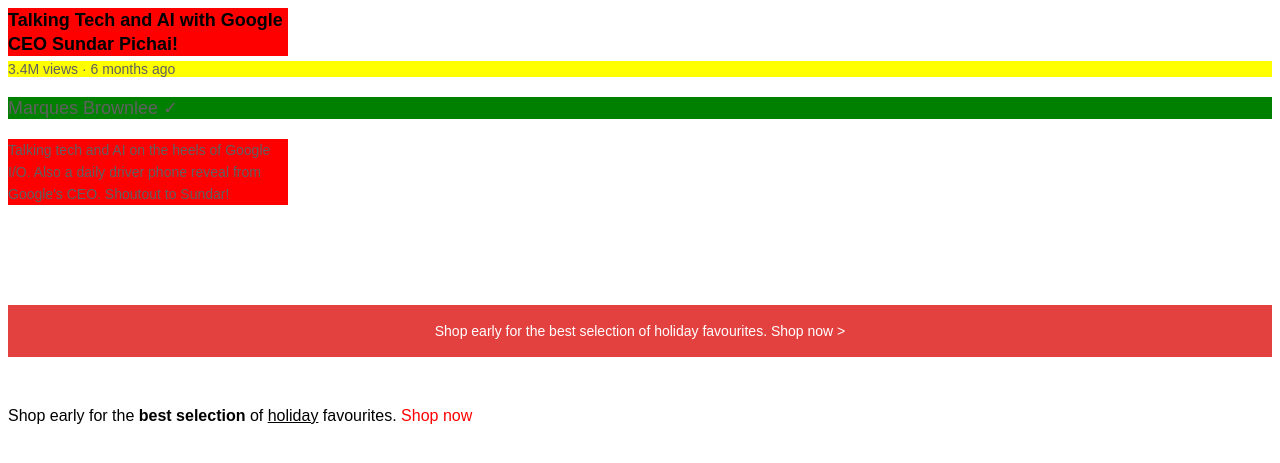
Repository: knowledgeAlan/html-css-five
Page: text.html
These files come from the project's save history. The page is drawn as it stood at one moment and after the next save; the edit follows.
The browser window is 1280 px wide. The pictures show the whole page.

Above is the page before, as saved 2024-02-28 19:12:46.

### text.html
<style>
    p{
        font-family: Arial;
        margin-top: 0;
        margin-bottom: 0;
    }

    .video-stats{
        font-size: 14px;
        color: rgb(96, 96, 96);
        margin-bottom: 20px;
        background-color: yellow;
    }

    .video-title {
        font-weight: bold;
        font-size: 18px;
        width: 280px;
        line-height: 24px;
        margin-bottom: 5px ;

        background-color: red;
    }

    .video-author {
        font-size: 18px;
        color: rgb(96, 96, 96);
        margin-bottom: 20px ;
        background-color: green;
    }

    .video-description {
        font-size: 14px;
        color: rgb(96, 96, 96);
        width: 280px;
        line-height: 22px;
        margin-bottom: 100px;
        background-color: red;
    }


    .apple-text {
        margin-bottom: 50px;
        font-size: 14px;
        background-color: rgb(227, 65, 64);
        color: white;
        text-align: center;
        padding-top: 18px;
        padding-bottom: 18px;
    }


    .span-example {
        color:red;
    }

    .span-example:hover{
        text-decoration: underline;
    }

    .shop-link {
        cursor: pointer;
    }

    .shop-link:hover{
        text-decoration: underline;
    }

</style>


<p class="video-title">
    Talking Tech and AI with Google CEO Sundar Pichai!
</p>

<p class="video-stats">
    3.4M views &#183; 6 months ago
</p>


<p class="video-author">
    Marques Brownlee &#10003;
</p>

<p class="video-description">
    Talking tech and AI on the heels of Google I/O. Also a daily driver phone reveal from Google's CEO. Shoutout to Sundar!
</p>

<p class="apple-text">
    Shop early for the best selection of holiday favourites. <span class="shop-link">Shop now &#62;</span>
</p>

<p>
    Shop early for the <strong>best selection</strong> of <u>holiday</u> favourites. <span class="span-example">Shop now</span>
</p>

After the next save:
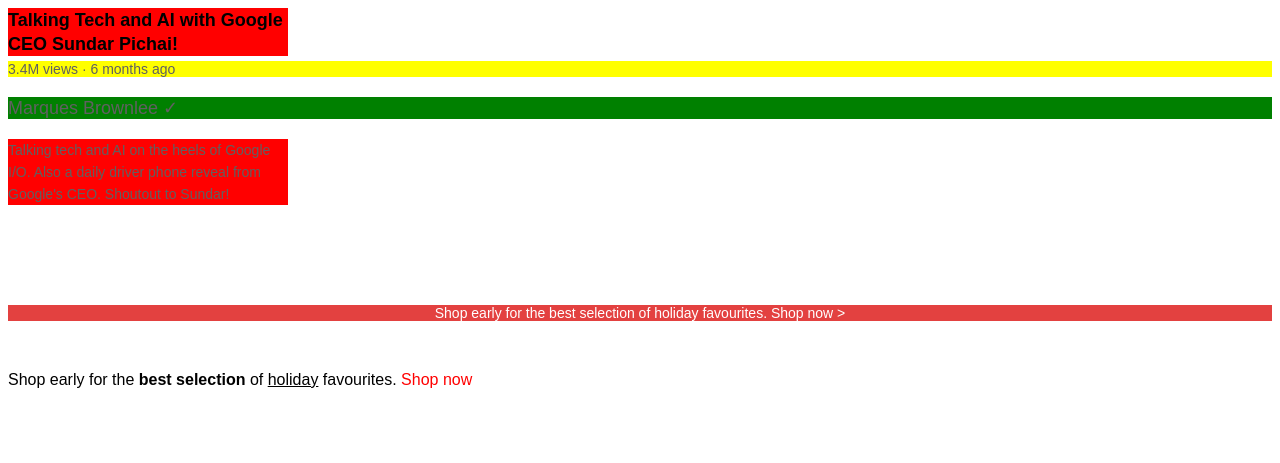
Saved 113 s later.
--- a/text.html
+++ b/text.html
@@ -45,8 +45,7 @@
         background-color: rgb(227, 65, 64);
         color: white;
         text-align: center;
-        padding-top: 18px;
-        padding-bottom: 18px;
+
     }
 
 

After the save that followed:
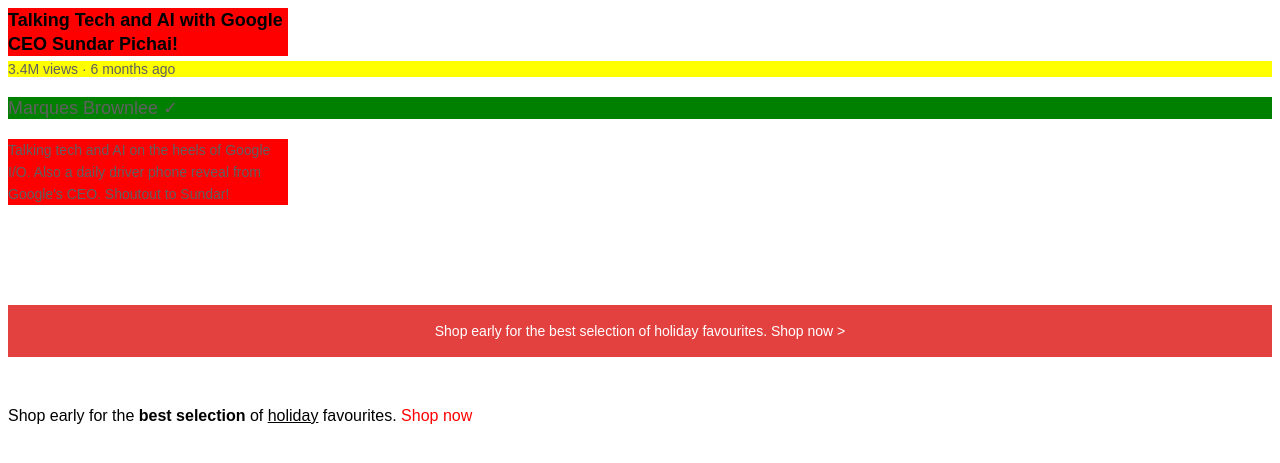
Saved 8 s later.
--- a/text.html
+++ b/text.html
@@ -45,7 +45,8 @@
         background-color: rgb(227, 65, 64);
         color: white;
         text-align: center;
-
+        padding-top: 18px;
+        padding-bottom: 18px;
     }
 
 
